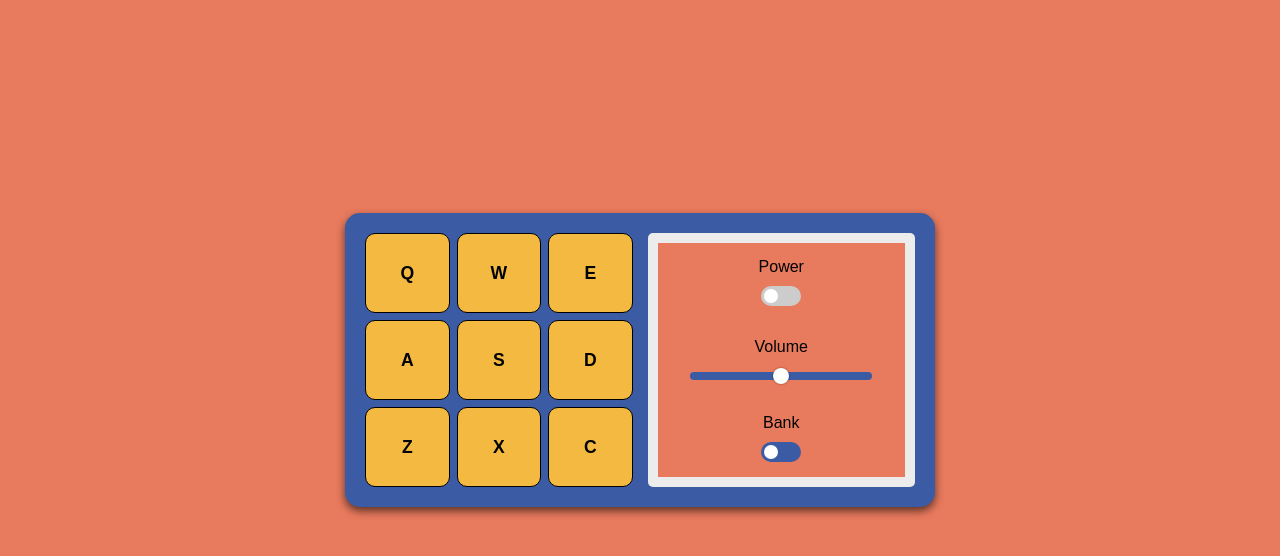
Repository: alfredoleano/drum-machine
Page: /
The author's editor kept a copy of each file at every save. The page is drawn from the files as they stood at one save, then again after the next save.
The browser window is 1280 px wide. The pictures show the whole page.
The project was rebuilt for these pictures with package versions that can differ from the ones it lists, and the page was loaded fresh each time.

Above is the page before, as saved 2024-06-14 13:22:39.

### src/App.js
import { useCallback, useEffect, useState } from 'react';
import './App.css';
import './styles.scss';

function App() {
  const bank1 = {
    Q: 'sounds/Heater-1.mp3',
    W: 'sounds/Heater-2.mp3',
    E: 'sounds/Heater-3.mp3',
    A: 'sounds/Heater-4_1.mp3',
    S: 'sounds/Heater-6.mp3',
    D: 'sounds/Dsc_Oh.mp3',
    Z: 'sounds/Kick_n_Hat.mp3',
    X: 'sounds/RP4_KICK_1.mp3',
    C: 'sounds/Cev_H2.mp3'
  };

  const bank2 = {
    Q: 'sounds/piano.mp3',
    W: 'sounds/jazz.wav',
    E: 'sounds/bangu.wav',
    A: 'sounds/num.wav',
    S: 'sounds/stroke.wav',
    D: 'sounds/cymbals.wav',
    Z: 'sounds/tom.wav',
    X: 'sounds/kick.wav',
    C: 'sounds/snare.wav'
  };

  const [volume, setVolume] = useState(50); // initial sound value
  const [power, setPower] = useState(false); //initial power volume
  const [bank, setBank] = useState(bank1); // initial bank value
  const [isBank1, setIsBank1] = useState(true); // initial bank toggle state

  // Function to change volume
  const changeVolume = (event) => {
    setVolume(event.target.value); // Update the state with current value of the volume slider
  };

  // Function to toggle power
  const togglePower = () => {
    setPower(!power);
  };

  // Function to switch Banks
  const toggleBank = () => {
    setBank(isBank1 ? bank2 : bank1);
    setIsBank1(!isBank1);
  }

  // Function to play sound
  const playSound = useCallback((id) => {
    if(!power) return; // Check if the power is on
    const audio = new Audio(bank[id]);
    audio.volume = volume / 100; // initial sound volume
    audio.currentTime = 0; // Set audio to beginning
    audio.play();
  }, [power, volume, bank]);

  // Use useEffect to add event listener for keydown events
  useEffect(() => {
    // Make the approptiate key play the approptiate sound
    const handleKeydown = (event) => {
      const key = event.key.toUpperCase();
      if(['Q', 'W', 'E', 'A', 'S', 'D', 'Z', 'X', 'C'].includes(key)) {
        playSound(key);

        // Add active class to the button
        const button = document.getElementById(`button-${key}`);
        if(button) {
          button.classList.add('active');
        }
      }
    };

    const handleKeyup = (event) => {
      const key = event.key.toUpperCase();
      if (['Q', 'W', 'E', 'A', 'S', 'D', 'Z', 'X', 'C'].includes(key)) {
        // Remove active class from the button
        const button = document.getElementById(`button-${key}`);
        if (button) {
          button.classList.remove('active');
        }
      }
    };

    // Add keydown event listener
    window.addEventListener('keydown', handleKeydown);
    window.addEventListener('keyup', handleKeyup);

    // Cleanup event listener on component unmount
    return () => {
      window.removeEventListener('keydown', handleKeydown);
      window.removeEventListener('keyup', handleKeyup);
    };
  }, [playSound]);

  return (
    <div className="App">
      <div id='drum-machine'>
        <div id='display'>
          <div className='buttons-grid'>
            <button id="button-Q" onClick={() => playSound('Q')}>Q</button>
            <button id="button-W" onClick={() => playSound('W')}>W</button>
            <button id="button-E" onClick={() => playSound('E')}>E</button>
            <button id="button-A" onClick={() => playSound('A')}>A</button>
            <button id="button-S" onClick={() => playSound('S')}>S</button>
            <button id="button-D" onClick={() => playSound('D')}>D</button>
            <button id="button-Z" onClick={() => playSound('Z')}>Z</button>
            <button id="button-X" onClick={() => playSound('X')}>X</button>
            <button id="button-C" onClick={() => playSound('C')}>C</button>
          </div>

          <div className='controls'>
            <div className='settings'>
              <label>Power</label>
              {/* Rounded switch */}
              <label className="switch">
                <input type="checkbox" checked={power} onChange={togglePower}/>
                <span className="slider round"></span>
              </label>
            </div>

            <div className='settings'>
              <label>Volume</label>
              <input
                type='range'
                min={0}
                max={100}
                value={volume}
                onChange={changeVolume}
                className='blue'
              />
            </div>

            <div className='settings'>
              <label>Bank</label>
              <label className="switch">
                <input type="checkbox" checked={!isBank1} onChange={toggleBank}/>
                <span className="slider bank"></span>
              </label>
            </div>
          </div>
        </div>
      </div>
    </div>
  );
}

export default App;

### src/styles.scss
$primary-color: #E87A5D;
$secondary-color: #F3B941;
$tertiary-color: #3B5BA5;

/* Apply box-sizing: border-box globally */
*,
*::before,
*::after {
  box-sizing: border-box;
}

body {
  box-sizing: border-box;
  font-family: Arial, sans-serif;
  background-color: $primary-color;
  margin: 0;
  padding: 0;
  height: 100vh;
  // display: flex;
  // align-items: center;
  // justify-content: center;
}

#drum-machine {
  width: 100vw;
  height: 100vh;
  display: flex;
  align-items: center;
  justify-content: center;
  // background-color: greenyellow;
}

#display {
  background-color: $tertiary-color;
  width: 85%;
  max-width: 590px;
  margin: 30px auto;
  padding: 20px;
  border-radius: 15px;
  box-shadow: 0 4px 8px rgba(0, 0, 0, 0.6); /* Subtle shadow */
  display: grid;
  grid-template-columns: 1fr 1fr;
  grid-auto-columns: min-content;
  gap: 15px;
}

.buttons-grid {
  display: grid;
  grid-template-columns: repeat(3, 1fr);
  grid-template-rows: repeat(3, 1fr);
  gap: 7px;
  width: 100%;
}

.buttons-grid button {
  width: 100%px;
  height: 80px;
  // width: 100%;
  // height: 100%;
  border-radius: 10px;
  border: 1px solid #000;
  // border: none;
  font-weight: 800;
  font-size: 1.1rem;
  cursor: pointer;
  outline: none;
  background-color: #F3B941;
}

.buttons-grid button:active {
  background-color: #f1c979;
}

// For keydown event
.buttons-grid button.active {
  background-color: #f1c979;
}

.controls {
  padding: 10px;
  width: 100%;
  display: flex;
  align-items: center;
  justify-content: center;
  flex-direction: column;
  border-radius: 5px;
  background-color: #ececec;
}

.settings {
  display: flex;
  flex-direction: column;
  justify-content: space-around;
  align-items: center;
  padding: 10px;
  height: 35%;
  width: 100%;
  background-color: #E87A5D;
}


/********************* Rounded switch styling ***********************/

/* The switch - the box around the slider */
.switch {
  position: relative;
  display: inline-block;
  width: 40px;
  height: 20px;
  // margin-top: 5px;
}

/* Hide default HTML checkbox */
.switch input {
  opacity: 0;
  width: 0;
  height: 0;
}

/* The slider */
.slider {
  position: absolute;
  cursor: pointer;
  top: 0;
  left: 0;
  right: 0;
  bottom: 0;
  background-color: #ccc;
  -webkit-transition: .4s;
  transition: .4s;
  border-radius: 25px;
}

.slider.bank {
  background: $tertiary-color;
}

.slider:before {
  position: absolute;
  content: "";
  height: 14px;
  width: 14px;
  left: 3px;
  bottom: 3px;
  background-color: white;
  -webkit-transition: .4s;
  transition: .4s;
  border-radius: 50%;
}

input:checked + .slider {
  background-color: $tertiary-color;
}

input:focus + .slider {
  box-shadow: 0 0 1px $tertiary-color;
}

input:checked + .slider:before {
  -webkit-transform: translateX(20px);
  -ms-transform: translateX(20px);
  transform: translateX(20px);
}

/* Rounded sliders */
.slider.round {
  border-radius: 34px;
}

.slider.round:before {
  border-radius: 50%;
}


/********************* Volume slider styling ***********************/
/* Style the range input */
input[type="range"] {
  appearance: none; /* Standard property */
  -webkit-appearance: none; /* WebKit browsers (Chrome, Safari, iOS) */
  -moz-appearance: none; /* Firefox */
  -ms-appearance: none; /* Internet Explorer and Edge */
  width: 80%;
  height: 8px; /* Adjust height as needed */
  background: $tertiary-color; /* Track color */
  border-radius: 5px;
  outline: none;
  opacity: 1;
  transition: opacity .2s;
}

/* Style the thumb for WebKit browsers (e.g., Chrome, Safari) */
input[type="range"]::-webkit-slider-thumb {
  -webkit-appearance: none; /* Remove default styling */
  appearance: none;
  width: 16px; /* Adjust thumb width as needed */
  height: 16px; /* Adjust thumb height as needed */
  background: #ffffff; /* Thumb color */
  border-radius: 50%; /* Make thumb round */
  cursor: pointer;
  box-shadow: 0 0 2px rgba(0, 0, 0, 0.5);
}


/* Style the thumb for Firefox */
input[type="range"]::-moz-range-thumb {
  -moz-appearance: none; /* Remove default styling */
  appearance: none; /* Standard property */
  width: 16px; /* Adjust thumb width as needed */
  height: 16px; /* Adjust thumb height as needed */
  background: #ffffff; /* Thumb color */
  border-radius: 50%; /* Make thumb round */
  cursor: pointer;
  box-shadow: 0 0 2px rgba(0, 0, 0, 0.5);
}

/* Style the thumb for Internet Explorer */
input[type="range"]::-ms-thumb {
  -ms-appearance: none; /* Remove default styling */
  appearance: none; /* Standard property */
  width: 16px; /* Adjust thumb width as needed */
  height: 16px; /* Adjust thumb height as needed */
  background: #ffffff; /* Thumb color */
  border-radius: 50%; /* Make thumb round */
  cursor: pointer;
  box-shadow: 0 0 2px rgba(0, 0, 0, 0.5);
}

/* Style the track for Internet Explorer */
input[type="range"]::-ms-track {
  width: 75%;
  height: 8px; /* Adjust height as needed */
  background: $tertiary-color; /* Track color */
  border-color: transparent;
  color: transparent;
  border-radius: 5px;
}

/******************** Mobile Design **********************/
@media screen and (max-width: 490px) {
  // body {
  //   display: flex;
  //   justify-content: center;
  //   align-items: center;
  // }

  // #drum-machine {
  //   height: 100vh;
  //   width: 100vw;
  //   // background-color: pink;
  // }

  // #display {
  //   width: 700px;
  //   height: 85vw;
  //   transform: rotate(90deg);
  //   transform-origin: center;
  // }

  body {
    display: flex;
    justify-content: center;
    align-items: center;
    overflow: scroll; /* Prevents scrollbars from appearing */
  }

  #drum-machine {
    height: 100vh;
    width: 100vw;
    position: relative; /* Allows child absolute positioning */
    // background-color: pink;
  }

  #display {
    position: absolute;
    width: 85vh; /* Adjusted width to fit within viewport height when rotated */
    height: 80vw; /* Adjusted height to fit within viewport width when rotated */
    left: 50%; /* Centers the element horizontally */
    top: 50%;  /* Centers the element vertically */
    transform: translate(-50%, -50%) rotate(90deg); /* Adjusts positioning and rotates */
    transform-origin: center center;
  }
}

Loaded but not shown: public/index.html (common file); src/index.js (common file); src/index.css (common file); src/reportWebVitals.js (common file); src/App.css (common file)

After the next save:
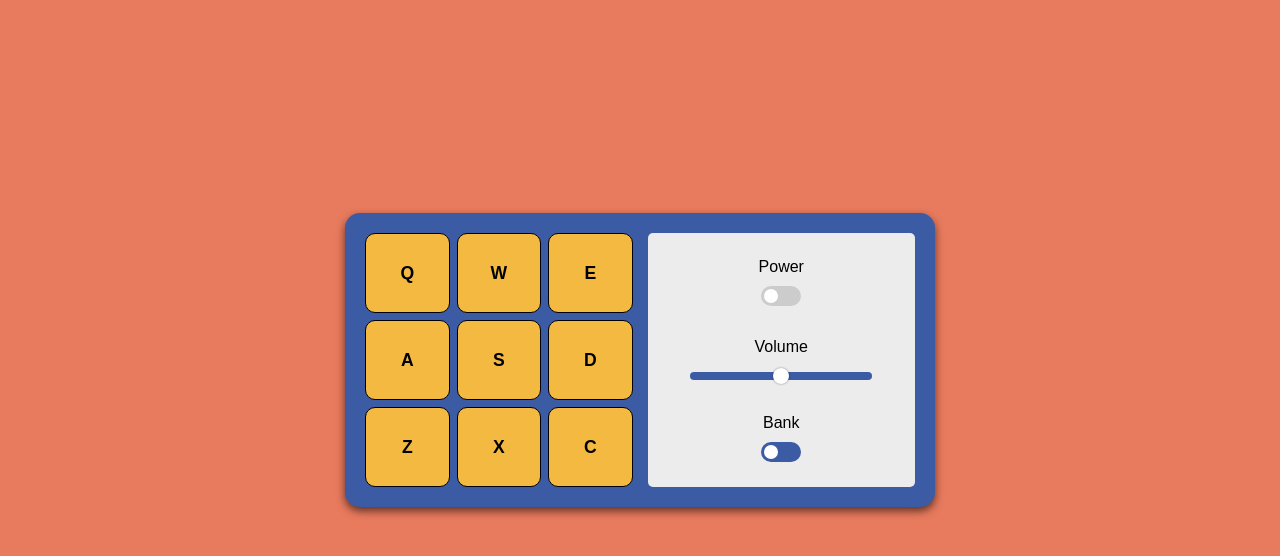
Saved 25 s later.
--- a/src/styles.scss
+++ b/src/styles.scss
@@ -95,7 +95,6 @@ body {
   padding: 10px;
   height: 35%;
   width: 100%;
-  background-color: #E87A5D;
 }
 
 
